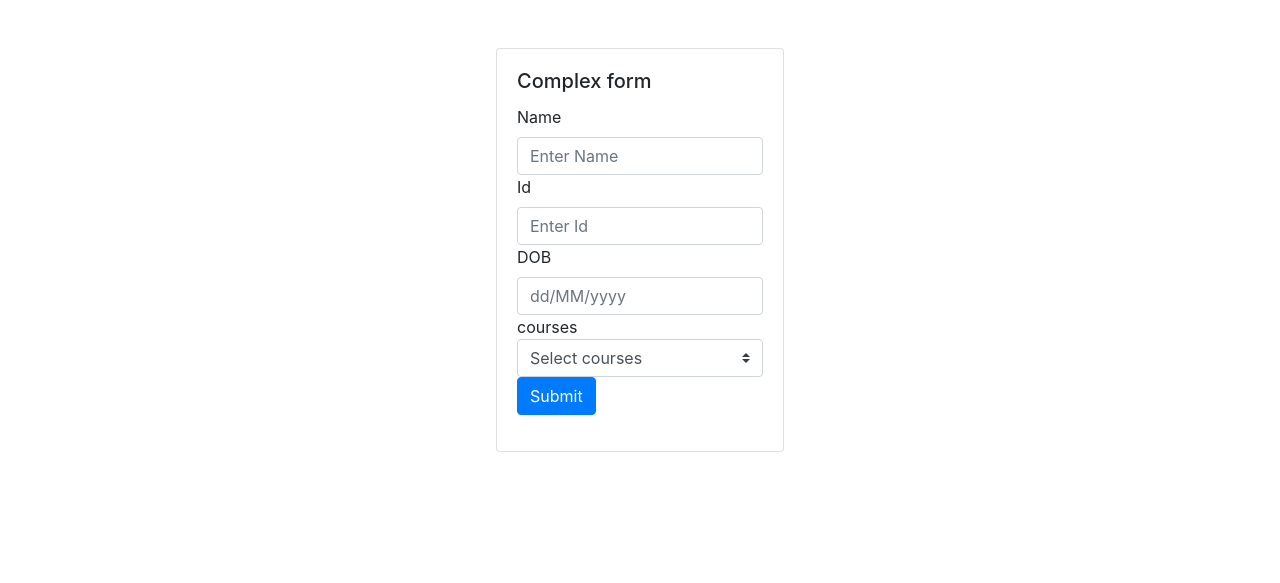
Repository: parvaizsajad/SpringFrameWork
Page: http://localhost/com.springMvc.search/complex
The author's editor kept a copy of each file at every save. The page is drawn from the files as they stood at one save, then again after the next save.
The browser window is 1280 px wide. The pictures show the whole page.
Some web libraries are served in a nearby version. The page is served by Tomcat 9.

Above is the page before, as saved 2021-09-10 11:00:54.

After the next save:
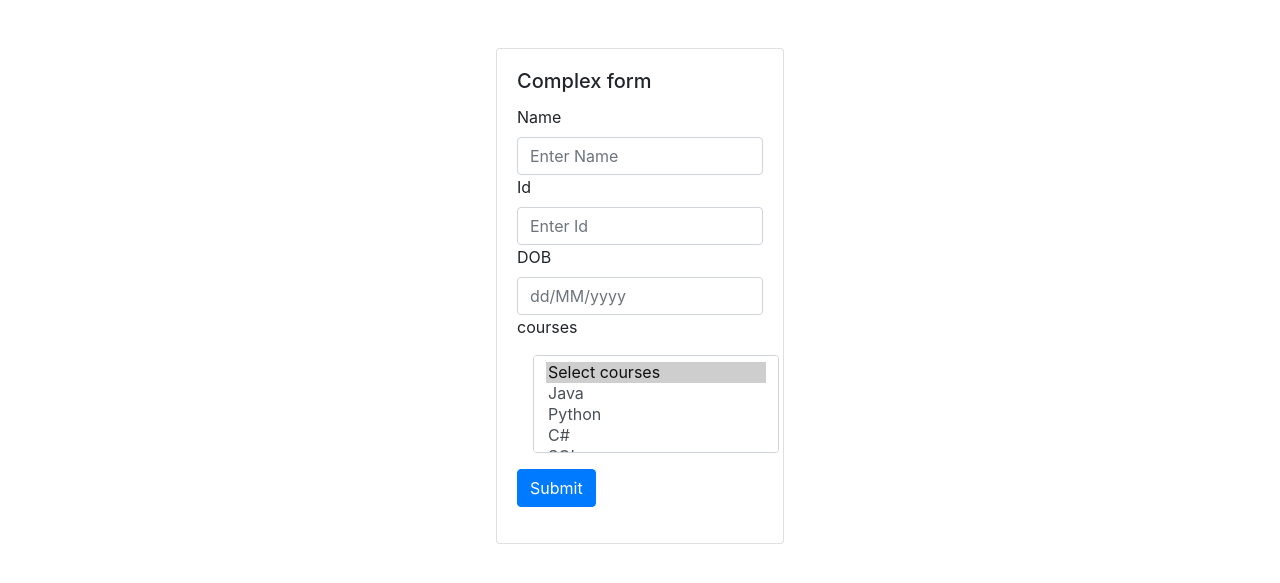
Saved 51 s later.
--- a/com.springMvc.search/src/main/webapp/WEB-INF/views/complex.jsp
+++ b/com.springMvc.search/src/main/webapp/WEB-INF/views/complex.jsp
@@ -30,7 +30,7 @@
     <input type="text" class="form-control" id="dob" aria-describedby="emailHelp" name="dob"  placeholder="dd/MM/yyyy">
 
     <h7> courses</h1>
-    <select class="custom-select" m-3>
+    <select class="custom-select m-3"  multiple="multiple">
   <option selected>Select courses</option>
   <option value="1">Java</option>
   <option value="2">Python</option>
